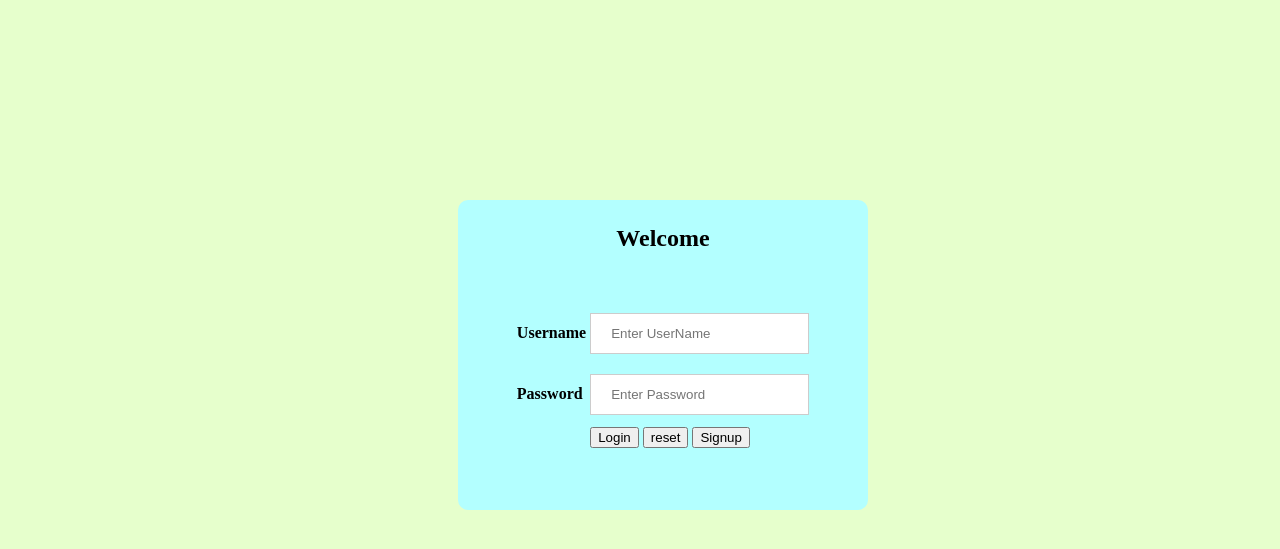
Repository: jagdishpatil18/JavaAdv
Page: Login_App/WebContent/index.html
The author's editor kept a copy of each file at every save. The page is drawn from the files as they stood at one save, then again after the next save.
The browser window is 1280 px wide. The pictures show the whole page.

Above is the page before, as saved 2017-04-28 09:32:12.

### Login_App/WebContent/index.html
<!DOCTYPE html>
<html>
<head>
<meta charset="UTF-8">
<title>Index Page</title>
</head>
<style>
input[type=text], input[type=password] {
	width: 100%;
	padding: 12px 20px;
	margin: 8px 0;
	display: inline-block;
	border: 1px solid #ccc;
	box-sizing: border-box;
}

.div {
	border: 5px solid #b3ffff;
	background-color: #b3ffff;
	width: 400px;
	height: 300px;
	margin-left: 450px;
	margin-top: 200px;
	border-radius: 10px;
}

form {
	margin-top: 50px;
}
table{

}
</style>

<body bgcolor="#e6ffcc">

	<div class="div">
		<center>
			<h2>
				<bold> Welcome</bold>
			</h2>
			<form action="ServletLogin" method="post">
			<table>
			<tr>
			<td><b>Username</b></td>
			<td><input type="text" placeholder="Enter UserName" name="username" required></td>
			</tr>
			<tr>
			<td><b>Password</td>
			 <td><input type="password" placeholder="Enter Password" name="password" required></td>
			</tr>
			<tr>
			<td> <td><input type="submit" value="Login">
			<input type="reset"  value ="reset">
			<a href="signup.html"><button>Signup</button></a>
			</td></td>
			</tr>

			</table>
			</form>


		</center>
	</div>

</body>
</html>

After the next save:
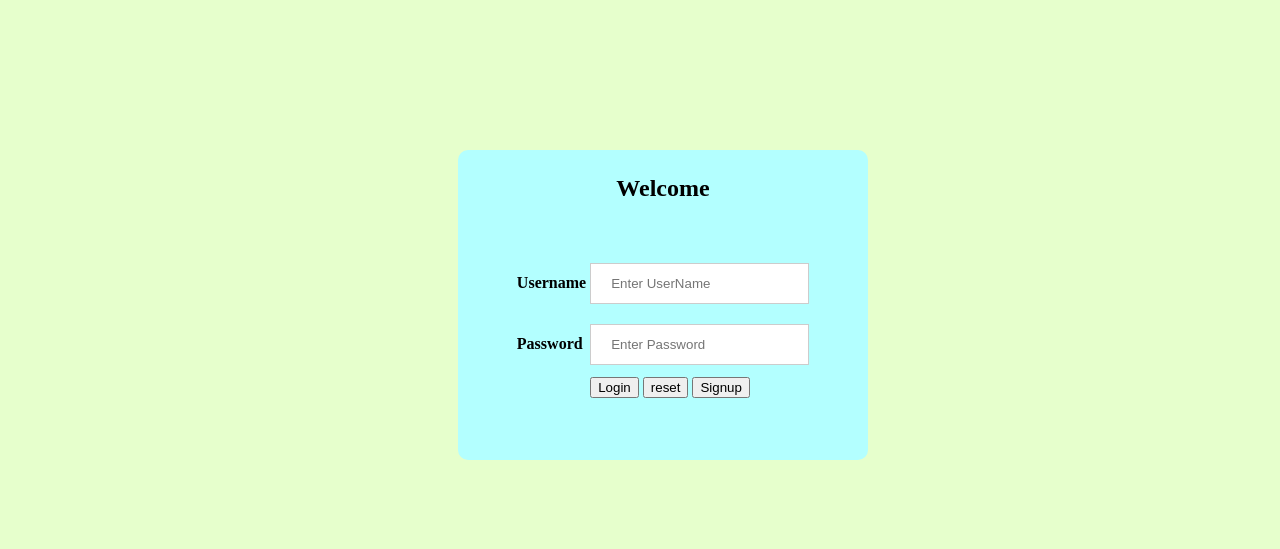
Saved 16 s later.
--- a/Login_App/WebContent/index.html
+++ b/Login_App/WebContent/index.html
@@ -20,7 +20,7 @@ input[type=text], input[type=password] {
 	width: 400px;
 	height: 300px;
 	margin-left: 450px;
-	margin-top: 200px;
+	margin-top: 150px;
 	border-radius: 10px;
 }
 
